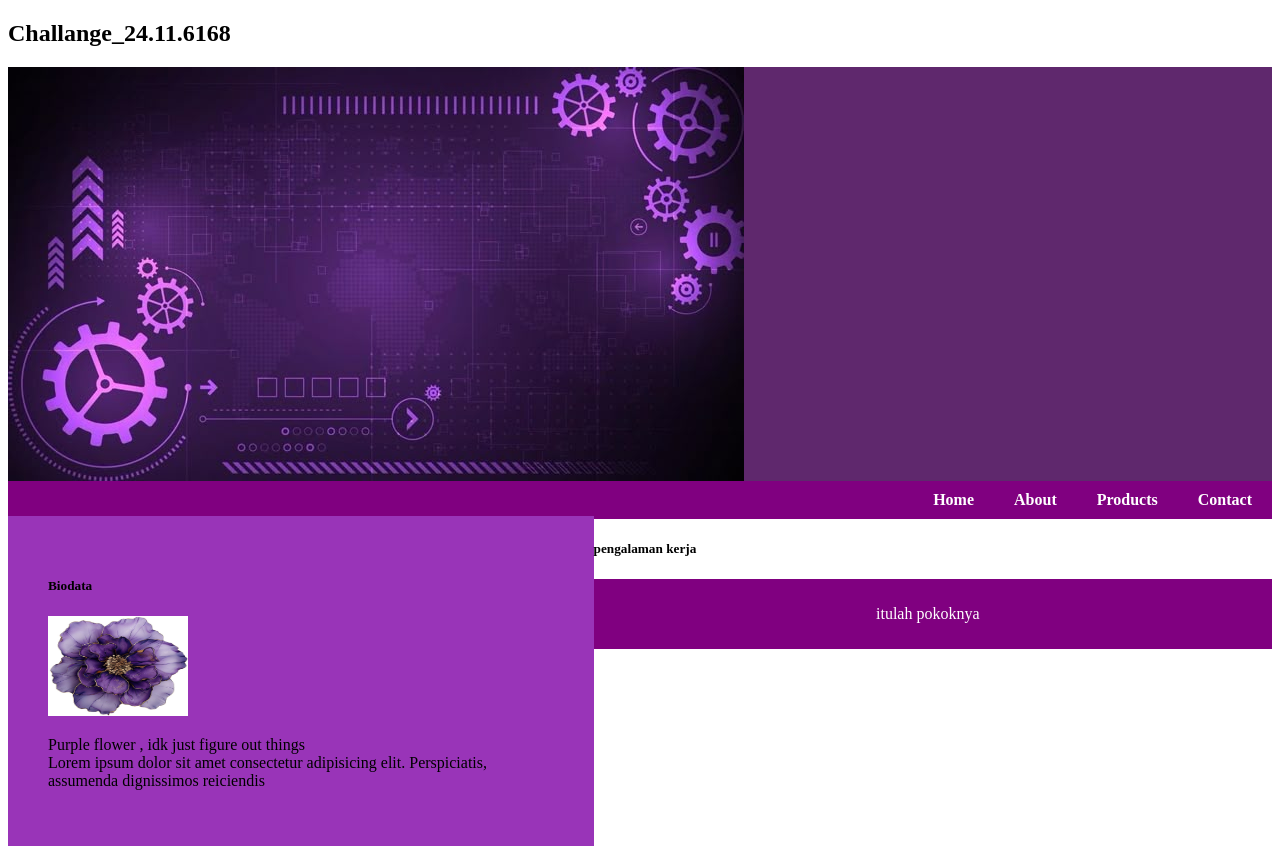
Repository: Ms-Ulfiyahrustam/p5_pemogramanweb
Page: index.html
An editor plug-in stored every save of this project. The page is shown before and after the next save, followed by the edit.
The browser window is 1280 px wide. The pictures show the whole page.

Above is the page before, as saved 2026-04-27 09:53:01.

### index.html
<!DOCTYPE html>
<html lang="en">
<head>
    <meta charset="UTF-8">
    <meta name="viewport" content="width=device-width, initial-scale=1.0">
    <link rel="stylesheet" href="style.css">
    <title>Document</title>
</head>
<body class="">
    <h2>Challange_24.11.6168</h2>
    <div class="flex-container">
        <img src="download.jpg" alt="">
    </div>
    <div class="leftside">
        <h5>Biodata</h5>
        <img src="purple.jpg" alt="" width="140" height="100" >
        <p>Purple flower , idk just figure out things <br>
            Lorem ipsum dolor sit amet consectetur adipisicing elit. Perspiciatis, assumenda dignissimos reiciendis  <br>
        </p>
    </div>
    <div class="midplace">
<nav class="menu">
  <ul>
    <li><a href="#">Home</a></li>
    <li><a href="#">About</a></li>
    <li><a href="#">Products</a></li>
    <li><a href="#">Contact</a></li>
  </ul>
</nav>
        </div>

        <div class="rightside">
            <h5>pengalaman kerja</h5>
            <table cellspacing="0"  cellpadding="5">

            </table>
        </div>


        <footer class="footer">
            <p>itulah pokoknya</p>
        </footer>
</body>
</html>

### style.css


.flex-container{
    display: flex;
    background-color: rgb(95, 40, 109);
    margin: auto;
}

.leftside{

    float:left;
    background-color: rgb(153, 52, 184);
    margin-top: 35px;
    width:40%;
    height: 40%;
    padding: 40px;


}

leftside img{
    justify-content: center;
}

.rightside{
    justify-content: right;
}

.rightside h5 {
    justify-content: center;
}


.midplace{
    background-color: purple;
    color: azure;

}

.menu {
  background-color: purple;
  padding: 10px 0;
}

.menu ul {
  display: flex;
  justify-content: right;
  list-style: none;
  margin: 0;
  padding: 0;
}

.menu li {
  margin: 0 20px;
}

.menu a {
  text-decoration: none;
  color: white;
  font-weight: bold;
}

.footer {
    background-color :purple;
    padding: 10px;
    text-align: center;
    color : white;
}

After the next save:
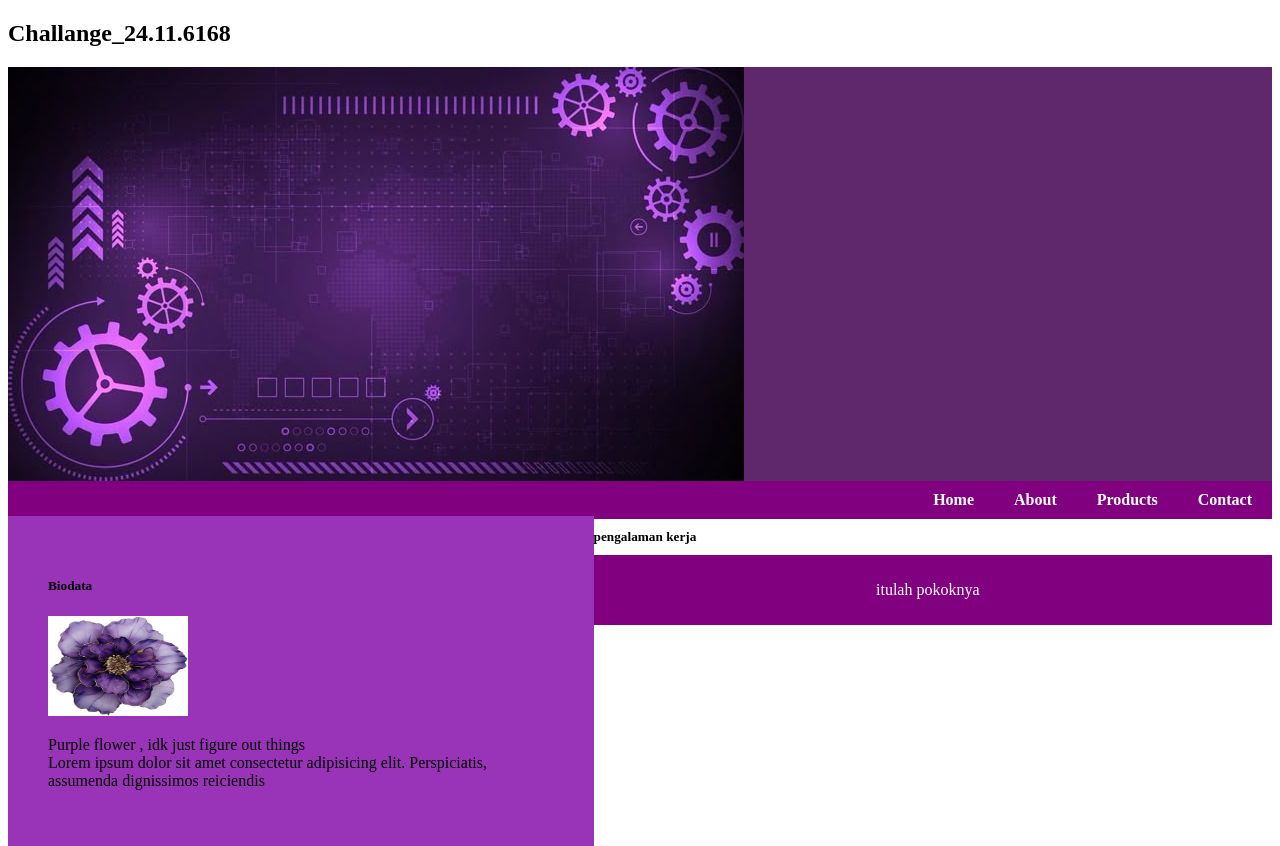
Saved 30 s later.
--- a/style.css
+++ b/style.css
@@ -28,6 +28,8 @@ leftside img{
 
 .rightside h5 {
     justify-content: center;
+    margin: auto;
+    padding: 10px;
 }
 
 
